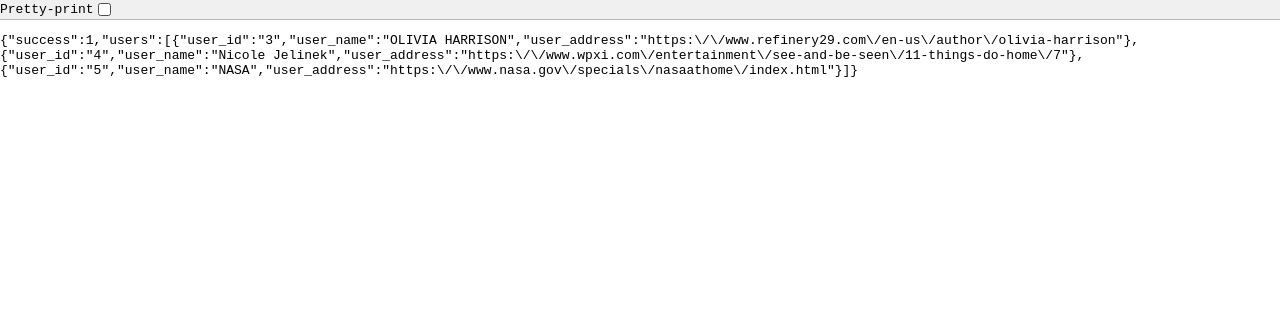
Repository: rubaabu/Fullstack-bitberry
Page: http://localhost/server/crud.php
These files come from the project's save history. The page is drawn as it stood at one moment and after the next save; the edit follows.
The browser window is 1280 px wide. The pictures show the whole page.
The page is run by PHP 8.4 with error messages shown; the project is at /var/www/html/. The database holds what the project's SQL file puts in it.

Above is the page before, as saved 2020-03-31 14:24:07.

### server/crud.php
<?php
header("Access-Control-Allow-Origin: *");
header("Content-Type: application/json; charset=UTF-8");

require './DBsetup.php';


$allUsers = mysqli_query($conn,"SELECT * FROM `user`");

if(mysqli_num_rows($allUsers) > 0){
    $all_users = mysqli_fetch_all($allUsers,MYSQLI_ASSOC);
    echo json_encode(["success"=>1,"users"=>$all_users]);
}
else{
    echo json_encode(["success"=>0]);
}

### server/DBsetup.php
<?php

        $host = 'localhost';
        $db_name = 'covid-19';
        $username = 'root';
        $password = '';

        $conn= mysqli_connect($host, $username, $password, $db_name);
        if ($conn->connect_error) {
            $conn= null;
        }


?>

### server/DB/bitberry.sql (the tables this page reads)
CREATE TABLE `user` (
  `user_id` int(11) NOT NULL,
  `user_name` varchar(70) NOT NULL,
  `user_address` varchar(150) NOT NULL
) ENGINE=InnoDB DEFAULT CHARSET=utf8;

INSERT INTO `user` (`user_id`, `user_name`, `user_address`) VALUES
(3, 'OLIVIA HARRISON', 'https://www.refinery29.com/en-us/author/olivia-harrison'),
(4, 'Nicole Jelinek', 'https://www.wpxi.com/entertainment/see-and-be-seen/11-things-do-home/7'),
(5, 'NASA', 'https://www.nasa.gov/specials/nasaathome/index.html');

ALTER TABLE `user`
  ADD PRIMARY KEY (`user_id`);

ALTER TABLE `user`
  MODIFY `user_id` int(11) NOT NULL AUTO_INCREMENT, AUTO_INCREMENT=6;

After the next save:
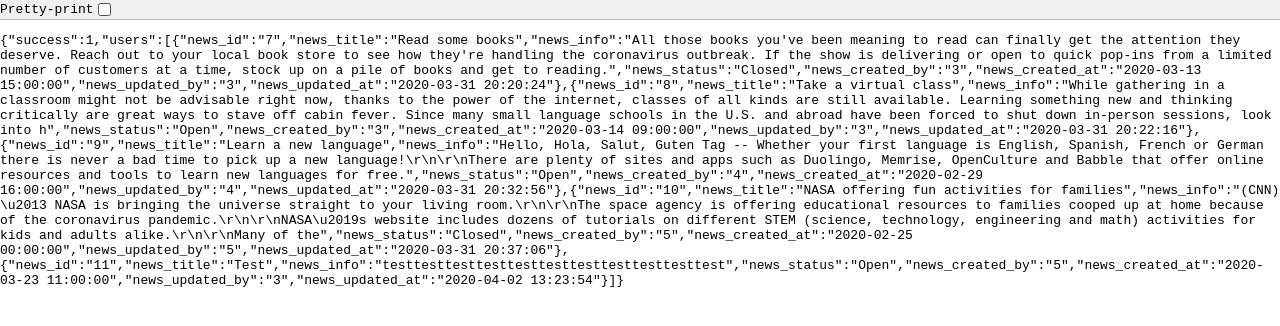
Saved 18 s later.
--- a/server/crud.php
+++ b/server/crud.php
@@ -5,7 +5,7 @@ header("Content-Type: application/json; charset=UTF-8");
 require './DBsetup.php';
 
 
-$allUsers = mysqli_query($conn,"SELECT * FROM `user`");
+$allUsers = mysqli_query($conn,"SELECT * FROM `news`");
 
 if(mysqli_num_rows($allUsers) > 0){
     $all_users = mysqli_fetch_all($allUsers,MYSQLI_ASSOC);
